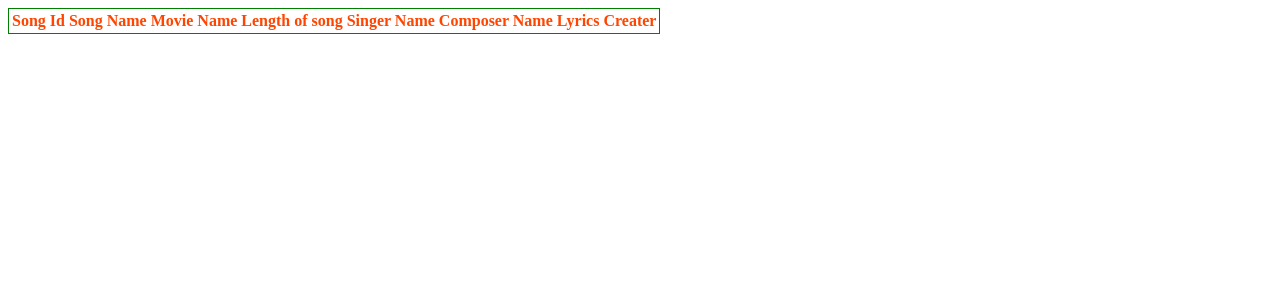
Repository: vishaltawar/J2EE-WEJE-2
Page: http://localhost/musicjsp/ViewSong.jsp
An editor plug-in stored every save of this project. The page is shown before and after the next save, followed by the edit.
The browser window is 1280 px wide. The pictures show the whole page.
The page is served by Tomcat 9. Queries for data that is not in the repository find no rows.

Above is the page before, as saved 2022-12-18 16:21:32.

After the next save:
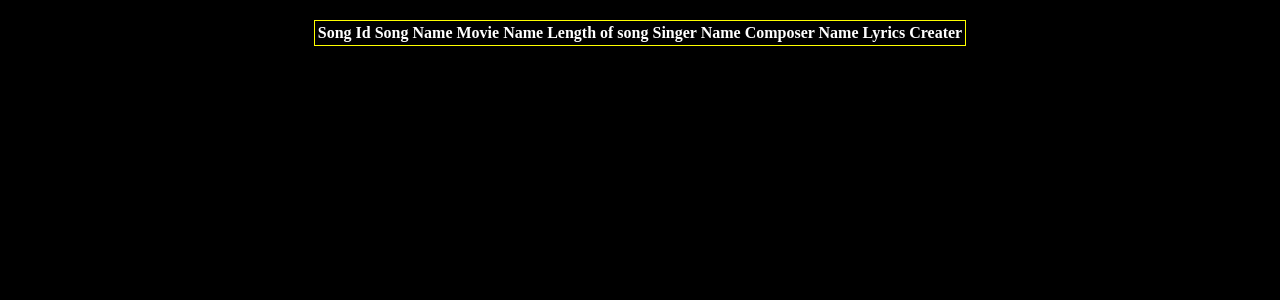
Saved 2 min 59 s later.
--- a/musicjsp/src/main/webapp/ViewSong.jsp
+++ b/musicjsp/src/main/webapp/ViewSong.jsp
@@ -21,14 +21,21 @@
 <meta charset="UTF-8">
 <title>View Songs</title>
 <style>
+body{
+background-color: black;
+}
+table{
+margin: 20px auto;
+}
 tr{
 border: 1px solid;
-color: orangered;
+color: white;
+padding: 5px 10px;
 }
 </style>
 </head>
 <body>
-<table style="border: 1px solid green">
+<table style="border: 1px solid yellow">
 		<tr>
 			<th>Song Id</th>
 			<th>Song Name</th>
